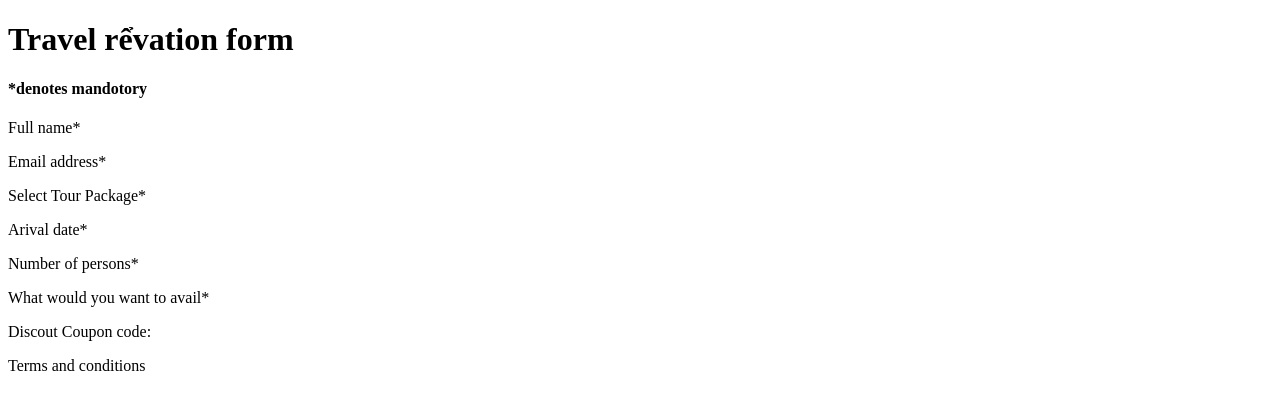
Repository: PhamChiXuan1/HTCNW_tuan3_DHCNTT16C_PhamChiXuan_20030131
Page: bt16.html
An editor plug-in stored every save of this project. The page is shown before and after the next save, followed by the edit.
The browser window is 1280 px wide. The pictures show the whole page.

Above is the page before, as saved 2022-02-27 23:24:47.

### bt16.html
<!DOCTYPE html>
<html lang="en">
<head>
    <meta charset="UTF-8">
    <meta http-equiv="X-UA-Compatible" content="IE=edge">
    <meta name="viewport" content="width=device-width, initial-scale=1.0">
    <title>Document</title>
</head>
<body>
    <H1>Travel rểvation form</H1>
    <H4>*denotes mandotory</H4>
    <P>Full name*</P>
    <P>Email address*</P>
    <P>Select Tour Package*</P>
    <P>Arival date*</P>
    <P>Number of persons*</P>
    <P>What would you want to avail*</P>
    <P>Discout Coupon code:</P>
    <P>Terms and conditions</P>
</body>
</html>

After the next save:
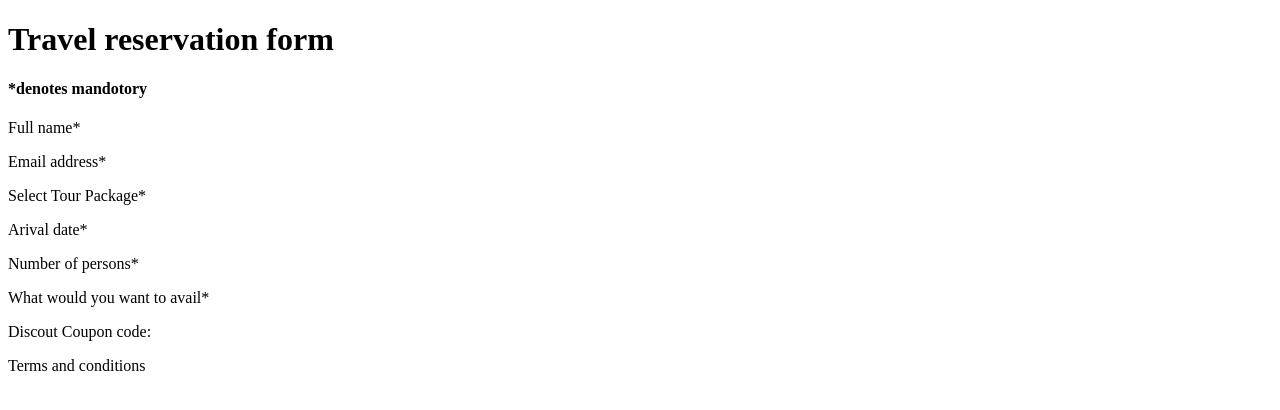
Saved 24 s later.
--- a/bt16.html
+++ b/bt16.html
@@ -7,7 +7,7 @@
     <title>Document</title>
 </head>
 <body>
-    <H1>Travel rểvation form</H1>
+    <H1>Travel reservation form</H1>
     <H4>*denotes mandotory</H4>
     <P>Full name*</P>
     <P>Email address*</P>
